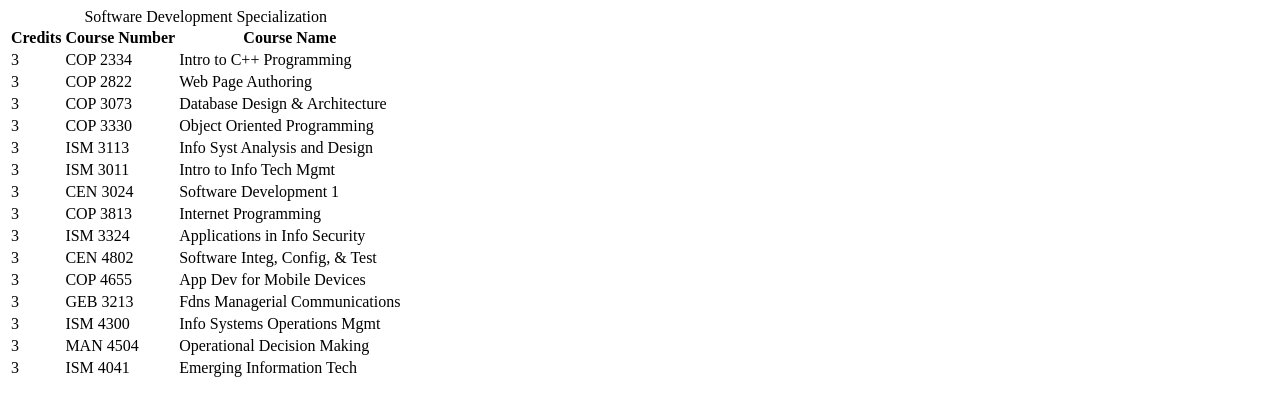
Repository: mlmEFSC21/P3-DegreeSpecializationTable
Page: index.html
These files come from the project's save history. The page is drawn as it stood at one moment and after the next save; the edit follows.
The browser window is 1280 px wide. The pictures show the whole page.

Above is the page before, as saved 2022-01-30 20:44:52.

After the next save:
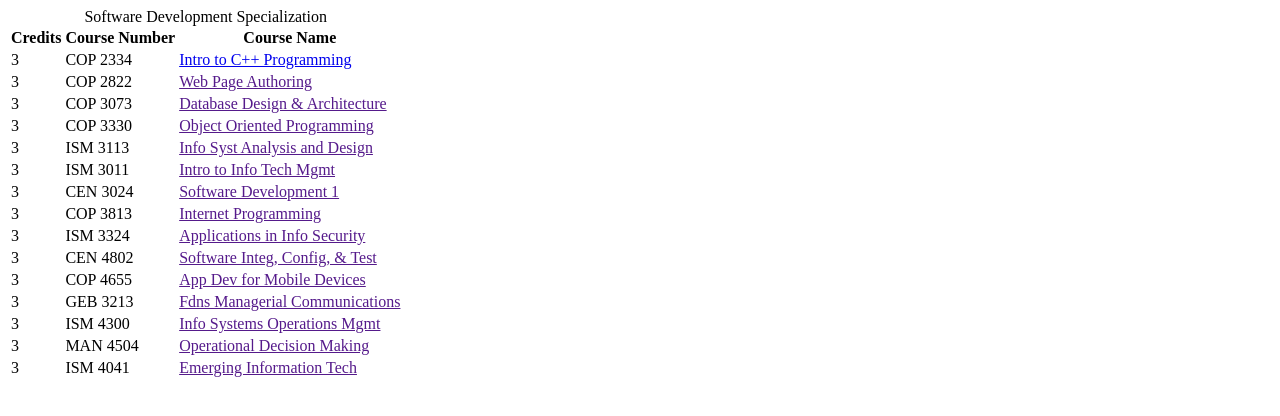
Saved 18 min 30 s later.
--- a/index.html
+++ b/index.html
@@ -19,77 +19,82 @@
             <tr>
                 <td>3</td>
                 <td>COP 2334</td>
-                <td><a>Intro to C++ Programming</a></td>
+                <td>
+                    <a
+                        href="https://bannerweb.easternflorida.edu/prod/bwckctlg.p_disp_course_detail?cat_term_in=202210&subj_code_in=COP&crse_numb_in=2334"
+                        >Intro to C++ Programming</a
+                    >
+                </td>
             </tr>
             <tr>
                 <td>3</td>
                 <td>COP 2822</td>
-                <td><a>Web Page Authoring</a></td>
+                <td><a href="">Web Page Authoring</a></td>
             </tr>
             <tr>
                 <td>3</td>
                 <td>COP 3073</td>
-                <td><a>Database Design & Architecture</a></td>
+                <td><a href="">Database Design & Architecture</a></td>
             </tr>
             <tr>
                 <td>3</td>
                 <td>COP 3330</td>
-                <td><a>Object Oriented Programming</a></td>
+                <td><a href="">Object Oriented Programming</a></td>
             </tr>
             <tr>
                 <td>3</td>
                 <td>ISM 3113</td>
-                <td><a>Info Syst Analysis and Design</a></td>
+                <td><a href="">Info Syst Analysis and Design</a></td>
             </tr>
             <tr>
                 <td>3</td>
                 <td>ISM 3011</td>
-                <td><a>Intro to Info Tech Mgmt</a></td>
+                <td><a href="">Intro to Info Tech Mgmt</a></td>
             </tr>
             <tr>
                 <td>3</td>
                 <td>CEN 3024</td>
-                <td><a>Software Development 1</a></td>
+                <td><a href="">Software Development 1</a></td>
             </tr>
             <tr>
                 <td>3</td>
                 <td>COP 3813</td>
-                <td><a>Internet Programming</a></td>
+                <td><a href="">Internet Programming</a></td>
             </tr>
             <tr>
                 <td>3</td>
                 <td>ISM 3324</td>
-                <td><a>Applications in Info Security</a></td>
+                <td><a href="">Applications in Info Security</a></td>
             </tr>
             <tr>
                 <td>3</td>
                 <td>CEN 4802</td>
-                <td><a>Software Integ, Config, & Test</a></td>
+                <td><a href="">Software Integ, Config, & Test</a></td>
             </tr>
             <tr>
                 <td>3</td>
                 <td>COP 4655</td>
-                <td><a>App Dev for Mobile Devices</a></td>
+                <td><a href="">App Dev for Mobile Devices</a></td>
             </tr>
             <tr>
                 <td>3</td>
                 <td>GEB 3213</td>
-                <td><a>Fdns Managerial Communications</a></td>
+                <td><a href="">Fdns Managerial Communications</a></td>
             </tr>
             <tr>
                 <td>3</td>
                 <td>ISM 4300</td>
-                <td><a>Info Systems Operations Mgmt</a></td>
+                <td><a href="">Info Systems Operations Mgmt</a></td>
             </tr>
             <tr>
                 <td>3</td>
                 <td>MAN 4504</td>
-                <td><a>Operational Decision Making</a></td>
+                <td><a href="">Operational Decision Making</a></td>
             </tr>
             <tr>
                 <td>3</td>
                 <td>ISM 4041</td>
-                <td><a>Emerging Information Tech</a></td>
+                <td><a href="">Emerging Information Tech</a></td>
             </tr>
         </table>
     </body>
